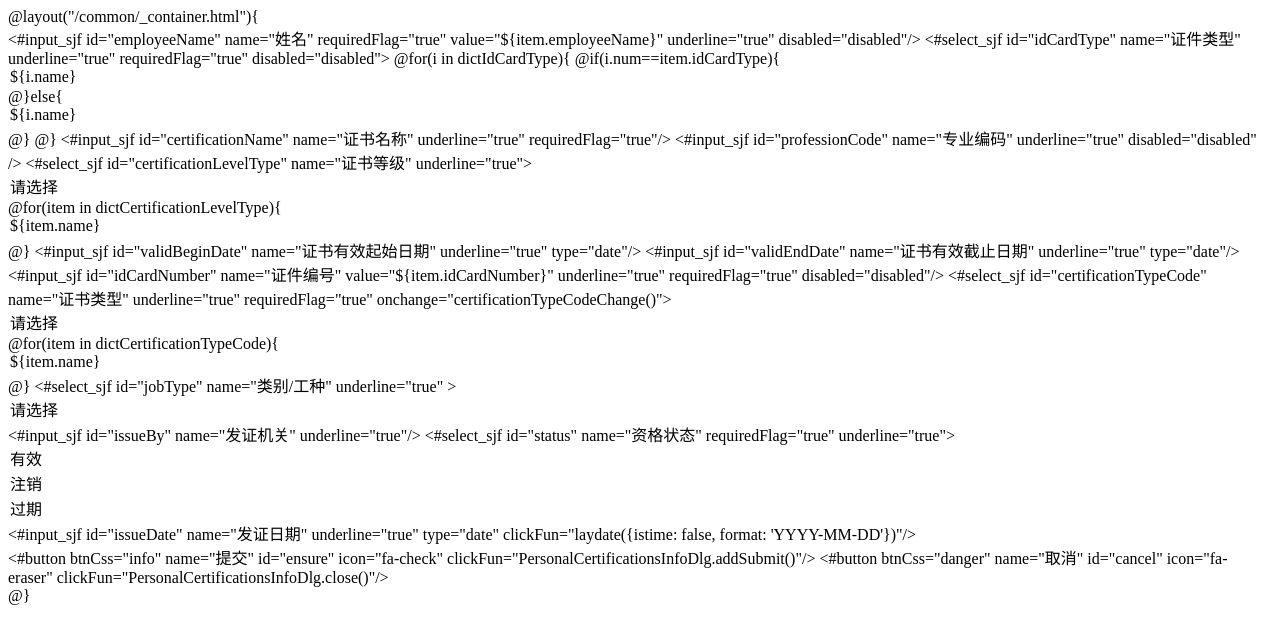
Repository: grandryxu/starcloud
Page: xywg-admin/src/main/webapp/WEB-INF/view/company/personalCertifications/personalCertifications_add.html
These files come from the project's save history. The page is drawn as it stood at one moment and after the next save; the edit follows.
The browser window is 1280 px wide. The pictures show the whole page.

Above is the page before, as saved 2019-04-29 05:44:19.
Console error: ReferenceError: $ is not defined

After the next save:
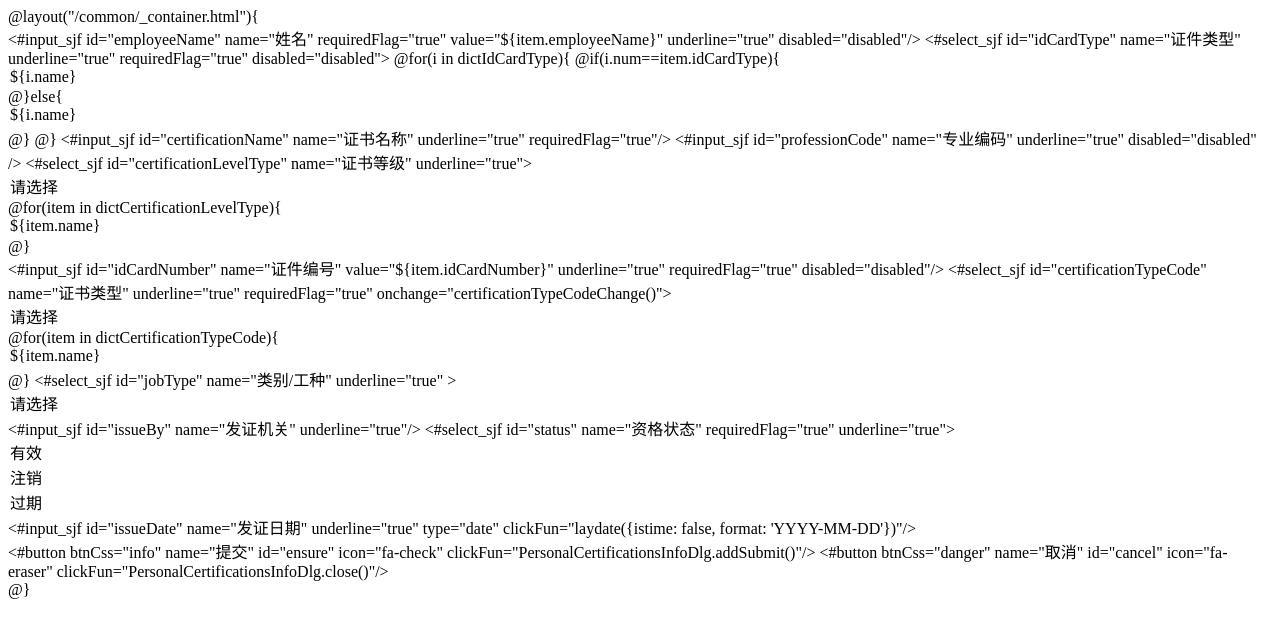
Saved 31 min 3 s later.
--- a/xywg-admin/src/main/webapp/WEB-INF/view/company/personalCertifications/personalCertifications_add.html
+++ b/xywg-admin/src/main/webapp/WEB-INF/view/company/personalCertifications/personalCertifications_add.html
@@ -25,8 +25,8 @@
                         <option value="${item.num}">${item.name}</option>
                     @}
                     </#select_sjf>
-                    <#input_sjf id="validBeginDate" name="证书有效起始日期" underline="true" type="date"/>
-                    <#input_sjf id="validEndDate" name="证书有效截止日期" underline="true" type="date"/>
+                    <!-- <#input_sjf id="validBeginDate" name="证书有效起始日期" underline="true" type="date"/>
+                    <#input_sjf id="validEndDate" name="证书有效截止日期" underline="true" type="date"/> -->
 
                 </div>
 

After the save that followed:
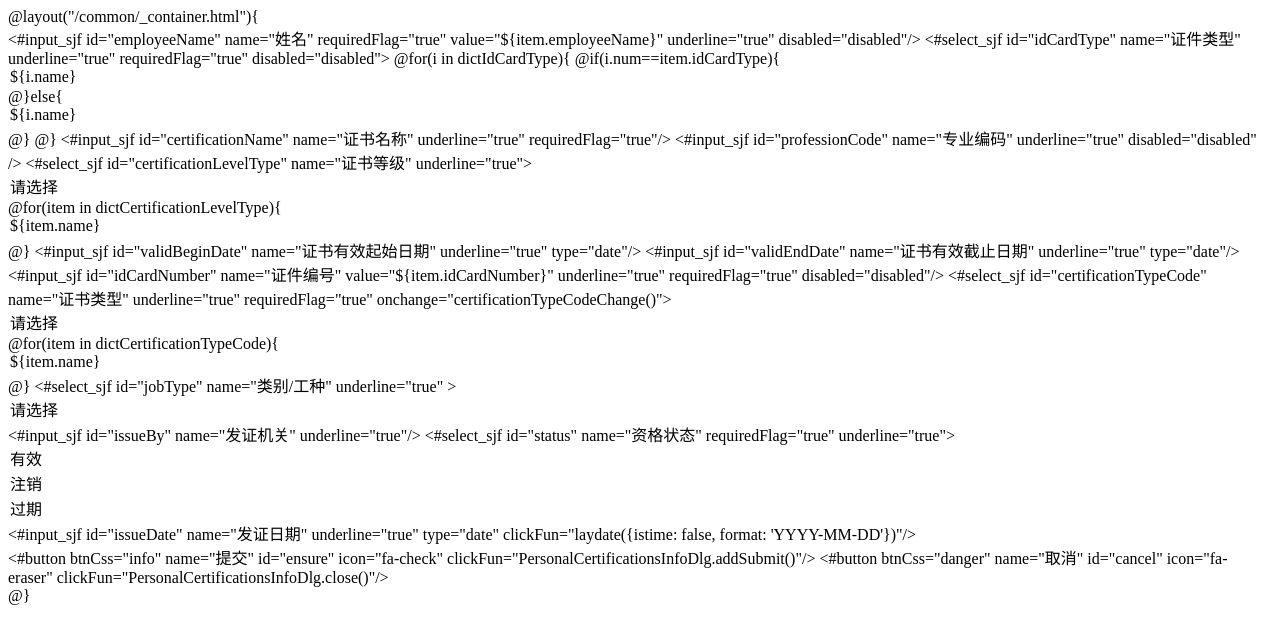
Saved 22 s later.
--- a/xywg-admin/src/main/webapp/WEB-INF/view/company/personalCertifications/personalCertifications_add.html
+++ b/xywg-admin/src/main/webapp/WEB-INF/view/company/personalCertifications/personalCertifications_add.html
@@ -25,8 +25,8 @@
                         <option value="${item.num}">${item.name}</option>
                     @}
                     </#select_sjf>
-                    <!-- <#input_sjf id="validBeginDate" name="证书有效起始日期" underline="true" type="date"/>
-                    <#input_sjf id="validEndDate" name="证书有效截止日期" underline="true" type="date"/> -->
+                    <#input_sjf id="validBeginDate" name="证书有效起始日期" underline="true" type="date"/>
+                    <#input_sjf id="validEndDate" name="证书有效截止日期" underline="true" type="date"/>
 
                 </div>
 
